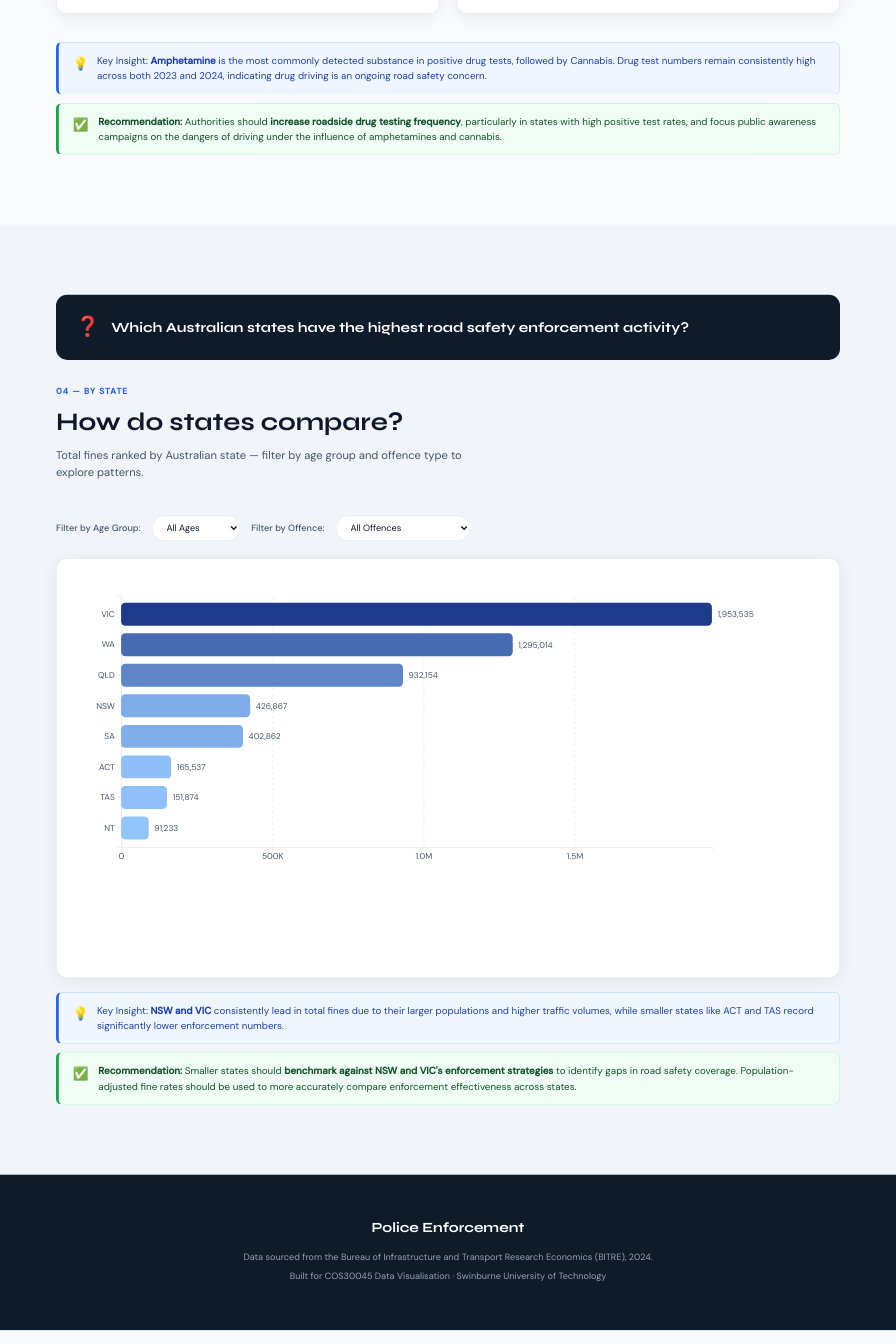
Repository: j26046183-hue/COS30045-GROUP-ASSIGNMENT
Page: index.html
The author's editor kept a copy of each file at every save. The page is drawn from the files as they stood at one save, then again after the next save.
The browser window is 1280 px wide. The pictures show the part of the page from y = 4503 to 6423 px (the page is 6423 px tall before and 6368 px after), at 70% of full size.

Above is the page before, as saved 2026-06-04 22:45:40.

After the next save:
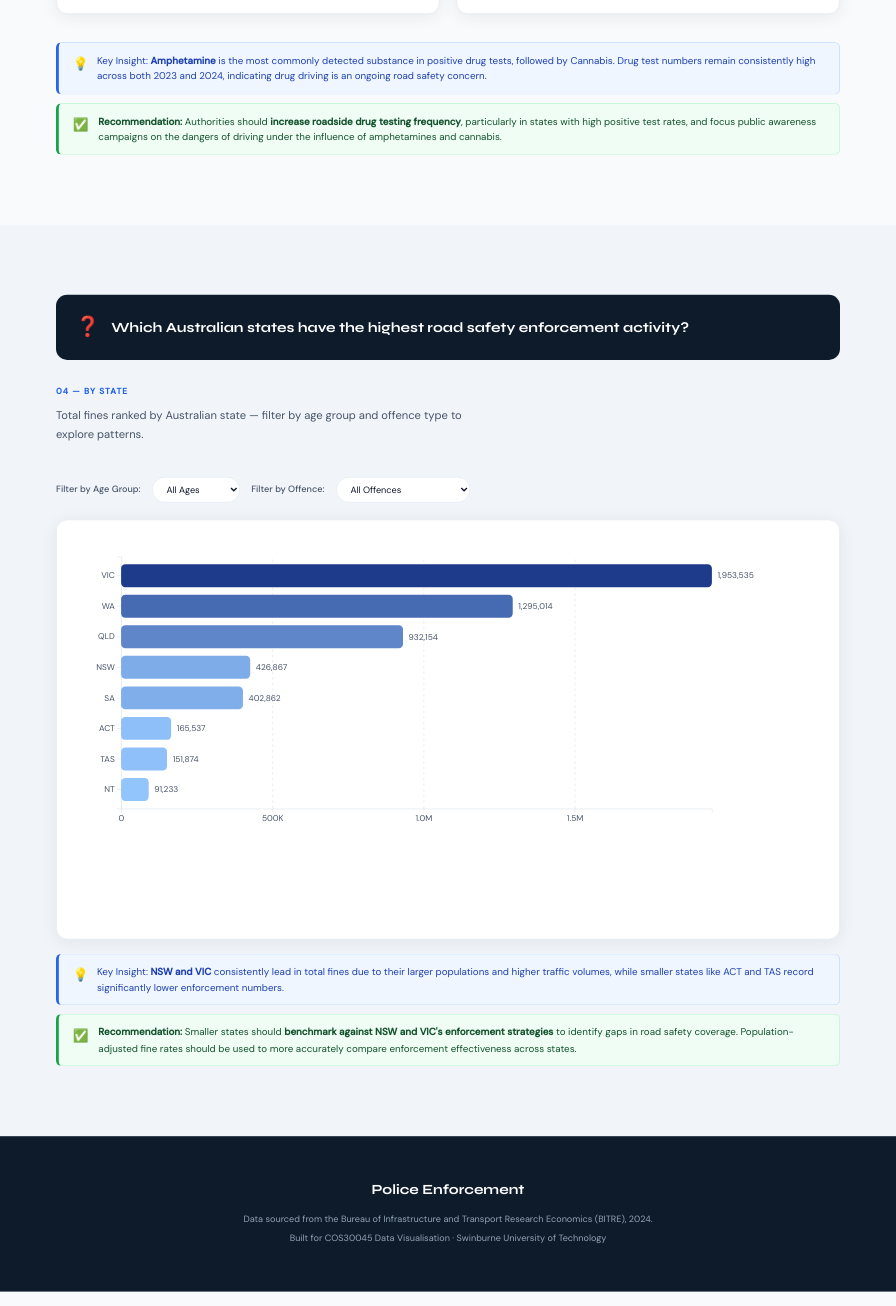
Saved 19 s later.
--- a/index.html
+++ b/index.html
@@ -201,7 +201,6 @@
 
         <div class="section-header">
             <div class="section-tag">04 — By State</div>
-            <h2>How do states compare?</h2>
             <p>Total fines ranked by Australian state — filter by age group and offence type to explore patterns.</p>
         </div>
 
